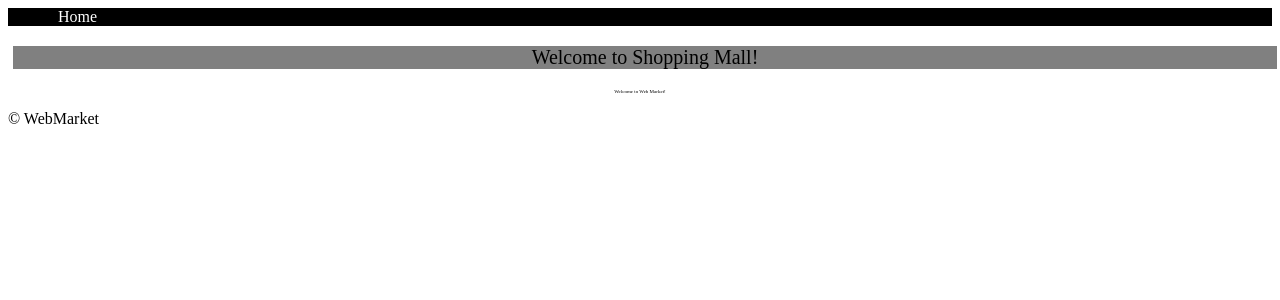
Repository: sunyeongan/Univ_lecture
Page: http://localhost/week7_jsp/ex5.jsp
The author's editor kept a copy of each file at every save. The page is drawn from the files as they stood at one save, then again after the next save.
The browser window is 1280 px wide. The pictures show the whole page.
The page is served by Tomcat 9.

Above is the page before, as saved 2022-04-14 03:01:29.

### WebSever_2022/work/week7/week7_jsp/src/main/webapp/ex5.jsp
<%@ page language="java" contentType="text/html; charset=EUC-KR"
    pageEncoding="EUC-KR"%>
<!DOCTYPE html>
<html>
<head>
<meta charset="EUC-KR">
<title>Insert title here</title>
<style>
	div{
		text-align : center;
		margin-left : 5px;
		margin-right : 5px;
	}
	.site{
		width : 100%;
		height : 30%;
		background-color : black;

	}
	.main{
		width : 100%;
		height : 10%;
		background-color : grey;
		font-size : 20px;

	}
	.mid{
		font-size : 5px;

	}
	.bar{
		color:white;
		text-decoration : none;
		padding-left : 50px;
		height : 40px;
	}

</style>
</head>
<body>

<nav class="site">
	<a class ="bar" href="./환영.jsp">Home</a>
</nav>

<div class = "menubar">
</div>
<div class="main">
	<p>Welcome to Shopping Mall!</p>
</div>


<div class = "mid">
	<p>Welcome to Web Market!</p>
</div>


<footer class="">
<p>&copy; WebMarket</p>
</footer>
</body>
</html>

After the next save:
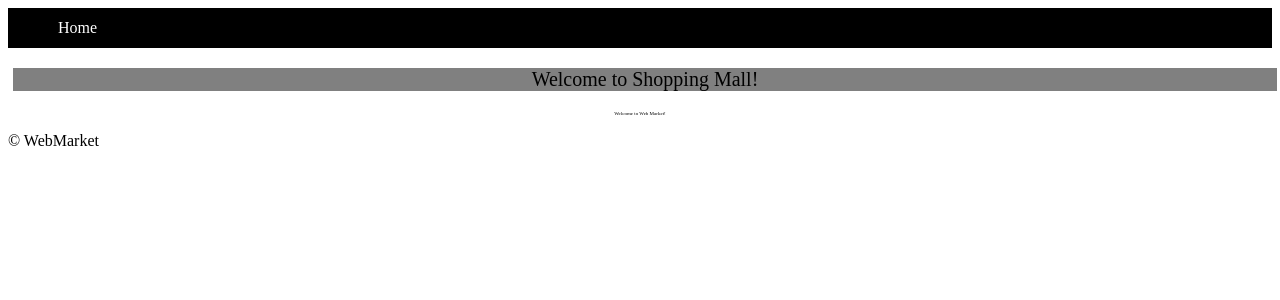
Saved 13 s later.
--- a/WebSever_2022/work/week7/week7_jsp/src/main/webapp/ex5.jsp
+++ b/WebSever_2022/work/week7/week7_jsp/src/main/webapp/ex5.jsp
@@ -33,6 +33,7 @@
 		text-decoration : none;
 		padding-left : 50px;
 		height : 40px;
+		line-height : 40px;
 	}
 
 </style>
